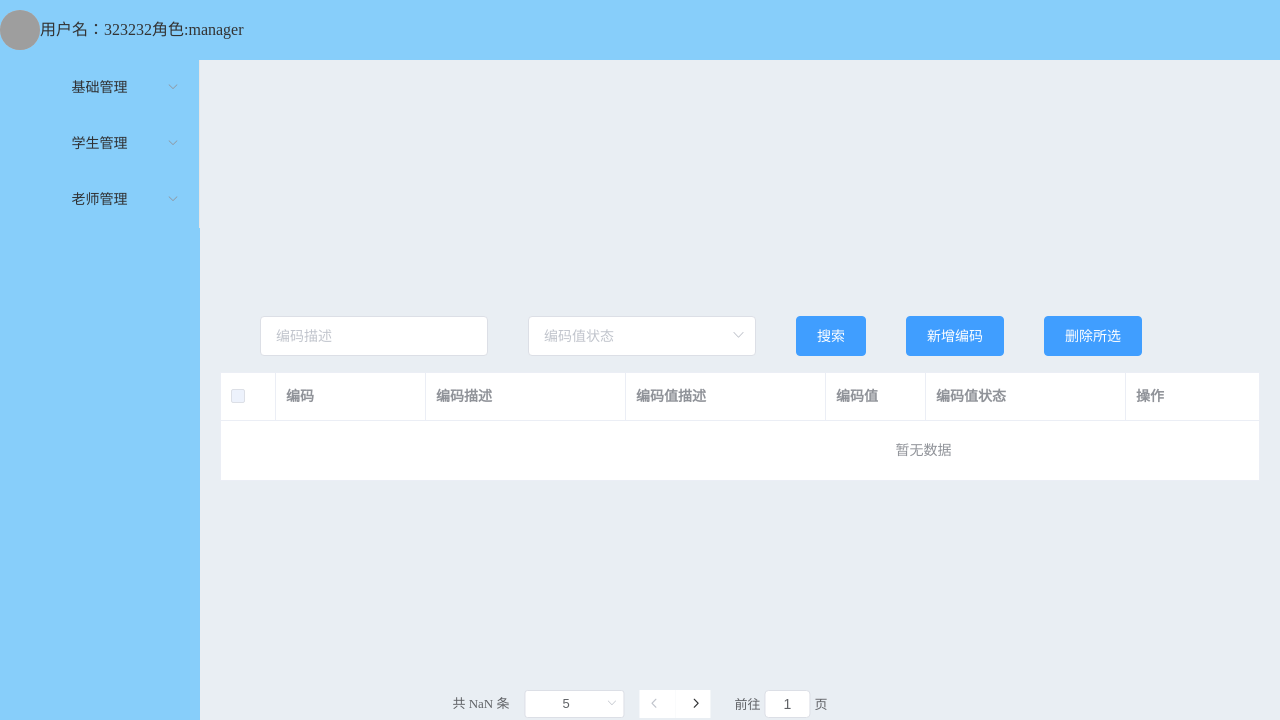
Repository: lwm9704/school-front
Page: /#/code
The author's editor kept a copy of each file at every save. The page is drawn from the files as they stood at one save, then again after the next save.
The browser window is 1280 px wide. The pictures show the whole page.
Pictures or frames that could not be fetched are drawn as grey boxes. The page's requests for data from a server got no answer. The project was rebuilt for these pictures with package versions that can differ from the ones it lists, and the page was loaded fresh each time. No one was signed in, and anything a server would have sent is missing. Also part of the build but not shown: src/js/login.js, src/view/login.vue.

Above is the page before, as saved 2021-11-26 13:56:03.

After the next save:
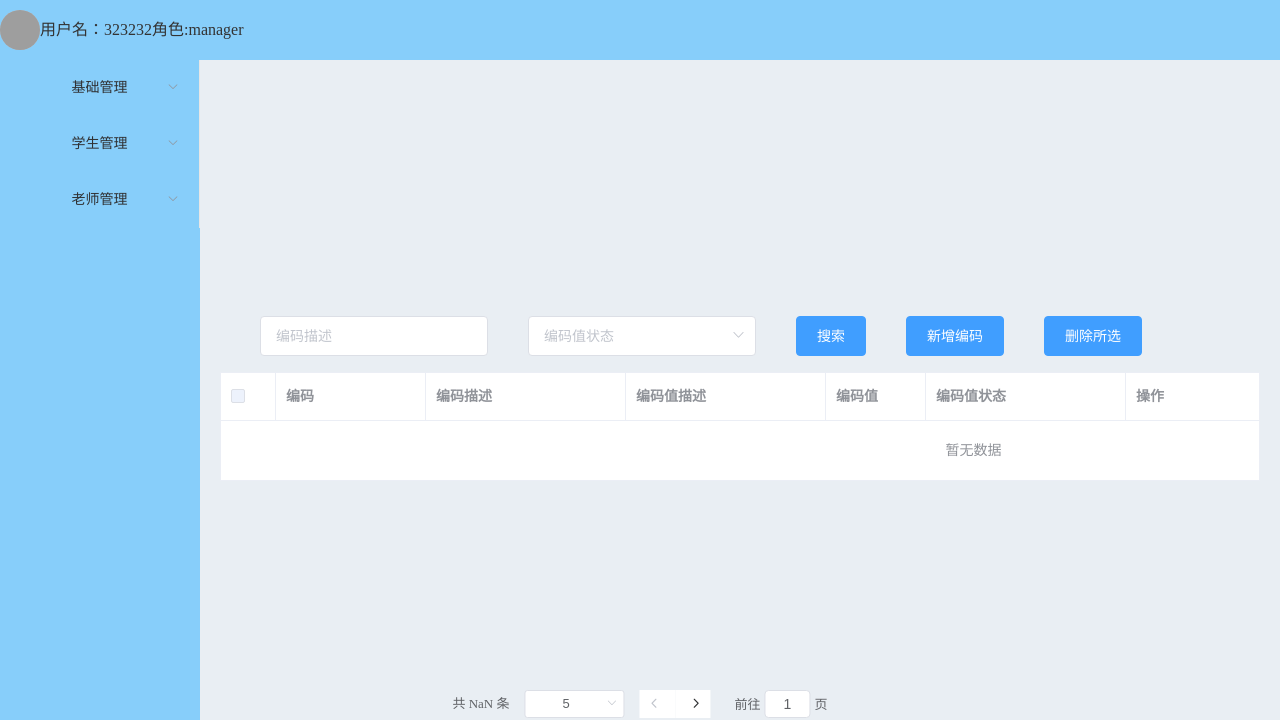
Saved 34 s later.
--- a/src/view/code.vue
+++ b/src/view/code.vue
@@ -73,7 +73,7 @@
         width="200"
         show-overflow-tooltip
       ></el-table-column>
-      <el-table-column label="操作" width="500">
+      <el-table-column label="操作" width="600">
         <template slot-scope="scope">
           <el-button size="mini" type="primary" @click="modifyCode(scope.row)"
             >编码编辑</el-button
